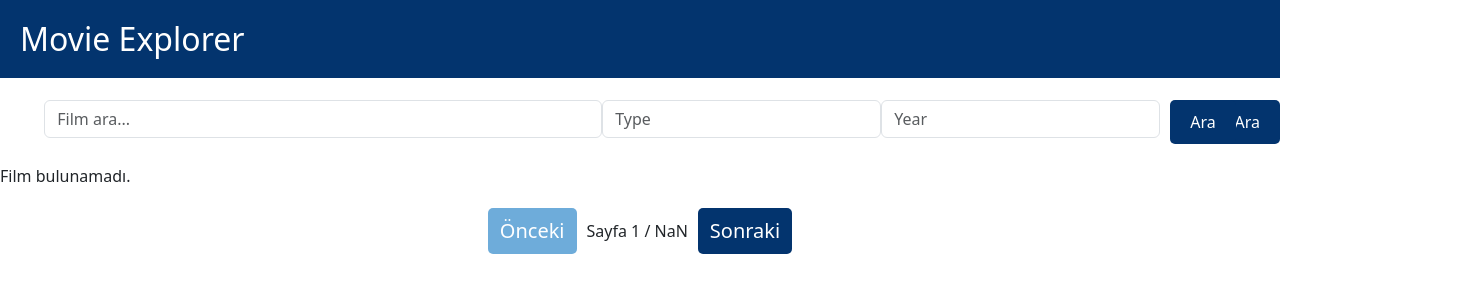
Repository: denizdizi/movie-explorer
Page: /
These files come from the project's save history. The page is drawn as it stood at one moment and after the next save; the edit follows.
The browser window is 1280 px wide. The page is 1439 px wide, then 1477 px, so the pictures cover 1477 px, including what lies to the right of the window. The pictures show the whole page.
The page's requests for data from a server got no answer. The project was rebuilt for these pictures with package versions that can differ from the ones it lists, and the page was loaded fresh each time. No one was signed in, and anything a server would have sent is missing. Also part of the build but not shown: src/App.css, src/components/MovieCard.js.

Above is the page before, as saved 2025-03-28 22:40:29.

### src/index.js
import React from 'react';
import ReactDOM from 'react-dom/client';
import './index.css';
import App from './App';
import reportWebVitals from './reportWebVitals';
import { Provider } from 'react-redux';
import store from "./store/store";
import 'bootstrap/dist/css/bootstrap.min.css';
import 'bootstrap/dist/js/bootstrap.bundle.min';

const root = ReactDOM.createRoot(document.getElementById('root'));
root.render(
  <Provider store={store}>
    <App />
  </Provider>
);

// If you want to start measuring performance in your app, pass a function
// to log results (for example: reportWebVitals(console.log))
// or send to an analytics endpoint. Learn more: https://bit.ly/CRA-vitals
reportWebVitals();

### src/App.js
import './App.css';
import React from "react";
import { BrowserRouter as Router, Routes, Route } from "react-router-dom";
import Home from "./pages/Home";
import "./styles/global.scss";

function App() {
  return (
    <Router>
      <Routes>
        <Route path="/" element={<Home />} />
        {/* <Route path="/movie/:id" element={<MovieDetails />} /> */}
      </Routes>
    </Router>
  );
}

export default App;

### src/store/store.js
import { createStore, applyMiddleware, combineReducers } from "redux";
import { thunk } from "redux-thunk";
import movieReducer from "./reducers";

const rootReducer = combineReducers({
  movies: movieReducer,
});

const store = createStore(rootReducer, applyMiddleware(thunk));

export default store;

### src/pages/Home.js
import React, { useEffect, useState } from "react";
import { useDispatch, useSelector } from "react-redux";
import { fetchMovies } from "../store/actions";
import { setPage } from "../store/actions";
import MovieList from "../components/MovieList";
import SearchBar from "../components/SearchBar";
import Pagination from "../components/Pagination";
import { TailSpin } from 'react-loader-spinner';

const Home = () => {
  const dispatch = useDispatch();
  const { movies } = useSelector((state) => state);

  useEffect(() => {
    console.log("Current page changed:", movies.currentPage);
    dispatch(fetchMovies("pokemon", movies.currentPage));
  }, [dispatch, movies.currentPage]);

  const handlePageChange = (newPage) => {
    dispatch(setPage(newPage));
  };

  const handleSearch = (query) => {
    dispatch(fetchMovies(query, 1));
    dispatch(setPage(1));
  }

  return (
    <div>
      <h1 className="page-title">Movie Explorer</h1>
      <SearchBar onSearch={handleSearch}/>
      {movies.loading && (
        <div className="loading-overlay">
          {/* TailSpin spinner'ını burada gösteriyoruz */}
          <TailSpin
            height="100"
            width="100"
            color="#00BFFF"
            ariaLabel='loading'
          />
        </div>
      )}
      {movies.error && <p>Hata: {movies.error}</p>}
      <MovieList movies={movies} />
      <Pagination
        currentPage={movies.currentPage}
        totalResults={movies.totalResults}
        onPageChange={handlePageChange}
      />
    </div>
  );
};

export default Home;

### src/styles/global.scss
body {
    padding-top: 80px;
    font-family: 'Franklin Gothic Medium', 'Arial Narrow', Arial, sans-serif;
    background-color: #f9f9f9;
}

.movie-list {
    justify-content: center;
}

.movie-line {
  display: flex;
  align-items: center;
  margin-bottom: 2em;
  background-color: #f9f9f9;
  gap: 2em;
  justify-content: center;
}

.movie-card {
  width: 200px; /* Kartın genişliği */
  height: 300px; /* Kartın yüksekliği */
  border-radius: 10px; /* Köşeleri yuvarlat */
  box-shadow: 0 4px 8px rgba(0, 0, 0, 0.2); /* Gölgelendirme */
  overflow: hidden; /* İçerik taşmasını engelle */
  background-color: #fff; /* Arka plan beyaz */
  display: flex;
  flex-direction: column; /* İçeriği dikey yerleştir */
  align-items: center;
  justify-content: flex-start; /* Başlık ve içerikler üst kısımda yer alsın */
  padding: 10px;
  border: 1px solid #ddd; /* Çerçeve */
}

.img-container {
  width: 100%; /* Konteynerin genişliği */
  height: 60%; /* Resmin yüksekliği */
  overflow: hidden;
  padding: 0; /* Paddingi sıfırlayın */
  display: flex;
  justify-content: center;
  align-items: center; /* Resmin ortalanması için */
  border-radius: 5px;
}

.img-container img {
  width: 100%;
  height: 100%;
  object-fit: cover; /* Resmi konteynere tam sığdır */
  object-position: center;
}

.movie-card h3 {
  margin-top: 10px;
  font-size: 16px;
  text-align: center;
}

@media (max-width: 700px) {
  .movie-line {
    flex-direction: column;
  }

  .img-container {
    height: 60%; /* Küçük ekranlarda img-container yüksekliğini azaltın */
  }
}

.search-bar {
    display: flex;
    align-items: center;
    justify-content: center;
    margin: 20px 0;
  }

  .input-wrapper {
    display: flex;
    position: relative;
  }

  .search-input {
    padding: 10px;
    font-size: 1rem;
    border-radius: 5px;
    border: 1px solid #ccc;
    width: 300px;
    transition: all 0.3s ease;
  }

  .search-input:focus {
    border-color: #007bff;
    outline: none;
  }

  .clear-btn {
    position: absolute;
    top: 50%;
    right: 10px;
    transform: translateY(-50%);
    background: none;
    border: none;
    font-size: 18px;
    color: #ccc;
    cursor: pointer;
    transition: color 0.3s;
  }

  .search-btn {
    padding: 10px 20px;
    background-color: #03346E;
    color: white;
    border: none;
    border-radius: 5px;
    cursor: pointer;
    margin-left: 10px;
    font-size: 1rem;
  }

  .search-btn:hover {
    background-color: #0056b3;
  }

  .page-title {
    background-color: #03346E; /* Başlık arkaplan rengini koyu gri yapıyoruz */
    color: #fff; /* Yazı rengini beyaz yapıyoruz */
    padding: 20px; /* Arka planın etrafına biraz boşluk ekliyoruz */
    font-size: 2em; /* Başlık boyutunu büyütüyoruz */
    position: fixed; /* Başlık sabitlenecek */
    top: 0; /* Başlık üstte olacak */
    left: 0; /* Başlık solda olacak */
    width: 100%; /* Başlık tam genişlikte olacak */
    z-index: 1000; /* Başlık, diğer içeriklerin üstünde yer alacak */
    margin-top: 0;
  }

  .loading-overlay {
    position: fixed;
    top: 0;
    left: 0;
    width: 100%;
    height: 100%;
    background-color: rgba(0, 0, 0, 0.5); /* Yarı saydam siyah arka plan */
    display: flex;
    justify-content: center;
    align-items: center;
    z-index: 9999; /* Diğer içeriklerin üstünde olmalı */
  }

  .pagination {
    display: flex;
    justify-content: center;
    align-items: center;
    gap: 10px;
    margin: 20px 0;

    button {
      padding: 8px 12px;
      font-size: 20px;
      cursor: pointer;
      border: none;
      background: #03346E;
      color: white;
      border-radius: 5px;

      &:disabled {
        background: #6EACDA;
        cursor: not-allowed;
      }
    }
  }

### src/store/reducers.js
import { SET_PAGE, SET_QUERY, FETCH_MOVIES_REQUEST, FETCH_MOVIES_SUCCESS, FETCH_MOVIES_FAILURE } from "./actions";

const initialState = {
  movies: [],
  totalResults: "0",
  currentPage: 1,
  loading: false,
  error: null,
  searchQuery: "pokemon",
};

const movieReducer = (state = initialState, action) => {
  switch (action.type) {
    case SET_PAGE:
      return {
        ...state,
        currentPage: action.payload,
      };
    case FETCH_MOVIES_REQUEST:
      return { ...state, loading: true };
    case FETCH_MOVIES_SUCCESS:
      return { ...state, loading: false, movies: action.payload.movies, totalResults: action.payload.totalResults };
    case FETCH_MOVIES_FAILURE:
      return { ...state, loading: false, error: action.payload };
    case SET_QUERY:
      return { ...state, searchQuery: action.payload };
    default:
      return state;
  }
};

export default movieReducer;

### src/store/actions.js
import { searchMovies } from "../utils/api";

export const FETCH_MOVIES_REQUEST = "FETCH_MOVIES_REQUEST";
export const FETCH_MOVIES_SUCCESS = "FETCH_MOVIES_SUCCESS";
export const FETCH_MOVIES_FAILURE = "FETCH_MOVIES_FAILURE";
export const SET_PAGE = "SET_PAGE";
export const SET_QUERY = "SET_QUERY";

export const fetchMovies = (query = "pokemon", page = 1, type, year) => async (dispatch) => {
  dispatch({ type: FETCH_MOVIES_REQUEST });

  try {
    const data = await searchMovies(query, page);
    dispatch({ type: FETCH_MOVIES_SUCCESS, payload: {movies: data.Search, totalResults: data.totalResults} });
  } catch (error) {
    dispatch({ type: FETCH_MOVIES_FAILURE, payload: error.message });
  }
};

export const setPage = (page) => ({
  type: SET_PAGE,
  payload: page,
});

export const setQuery = (query) => ({
  type: SET_QUERY,
  payload: query,
});

### src/components/MovieList.js
import React from "react";
import MovieCard from "./MovieCard";

const MovieList = ({ movies }) => {
  if (!movies || !movies.movies || movies.movies.length === 0) {
    return <p>Film bulunamadı.</p>;
  }

  return (
    <div className="movie-list">
      <div className="row movie-line">
        {movies.movies.slice(0, 5).map((movie) => (
          <MovieCard key={movie.imdbID} movie={movie} />
        ))}
      </div>
      <div className="row movie-line">
        {movies.movies.slice(5, 10).map((movie) => (
          <MovieCard key={movie.imdbID} movie={movie} />
        ))}
      </div>
    </div>
  );
};

export default MovieList;

### src/components/SearchBar.js
import React from "react";
import { useDispatch } from "react-redux";
import { fetchMovies } from "../store/actions";

const SearchBar = () => {
  const dispatch = useDispatch();

  const handleSearch = (e) => {
    // e.preventDefault();
    // if (query.trim() !== "") {
    //   dispatch(fetchMovies(query, 1));
    // }
  };

  return (
    <form onSubmit={handleSearch} className="search-bar">
<div className="container input-wrapper">
    <div className="col-lg-6">
      <input type="text" className="form-control" placeholder="Film ara..." />
    </div>
    <div className="col-lg-3">
      <input type="text" className="form-control" placeholder="Type" />
    </div>
    <div className="col-lg-3">
      <input type="text" className="form-control" placeholder="Year" />
    </div>
    <div className="col-lg-3">
    <button type="submit" className="search-btn">
        Ara
      </button>    </div>
</div>
      <button type="submit" className="search-btn">
        Ara
      </button>
    </form>
  );
};

export default SearchBar;

### src/components/Pagination.js
import React from "react";

const Pagination = ({currentPage, totalResults, onPageChange}) => {
  const totalPages = Math.ceil(totalResults / 10);

  const handleNext = () => {
    if (currentPage < totalPages) {
      onPageChange(currentPage + 1);
    }
  };

  const handlePrev = () => {
    if (currentPage > 1) {
      onPageChange(currentPage - 1);
    }
  };

  return (
    <div className="pagination">
      <button onClick={handlePrev} disabled={currentPage === 1}>
        Önceki
      </button>
      <span>Sayfa {currentPage} / {totalPages}</span>
      <button onClick={handleNext} disabled={currentPage === totalPages}>
        Sonraki
      </button>
    </div>
  );
};

export default Pagination;

### src/utils/api.js
import axios from "axios";

const API_KEY = "df54e6ed";
const BASE_URL = "https://www.omdbapi.com/";

export const searchMovies = async (text = "pokemon", year, type, page = 1) => {
  try {
    const response = await axios.get(BASE_URL, {
      params: {
        apikey: API_KEY,
        s: text,
        y: year,
        type: type,
        page: page,
      },
    });
    return response.data;
  } catch (error) {
    console.error("Film arama hatası:", error);
    return [];
  }
};

export const getMovieDetails = async (movieID) => {
  try {
    const response = await axios.get(BASE_URL, {
      params: {
        apikey: API_KEY,
        i: movieID,
      },
    });
    return response.data;
  } catch (error) {
    console.error("Film detaylarını getirme hatası:", error);
    return null;
  }
};

Loaded but not shown: public/index.html (common file); src/index.css (common file); src/reportWebVitals.js (common file); src/styles/movie.scss (no stored copy; drawn as an empty file)

After the next save:
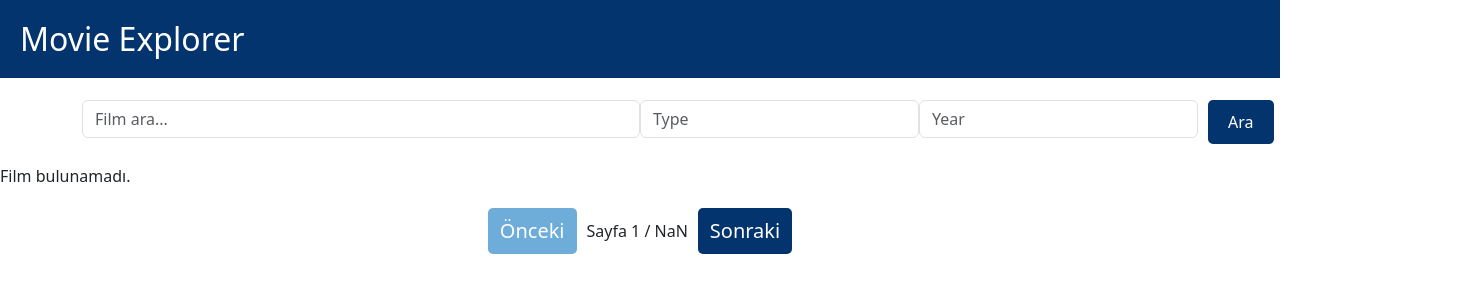
Saved 14 s later.
--- a/src/components/SearchBar.js
+++ b/src/components/SearchBar.js
@@ -29,9 +29,6 @@ const SearchBar = () => {
         Ara
       </button>    </div>
 </div>
-      <button type="submit" className="search-btn">
-        Ara
-      </button>
     </form>
   );
 };
